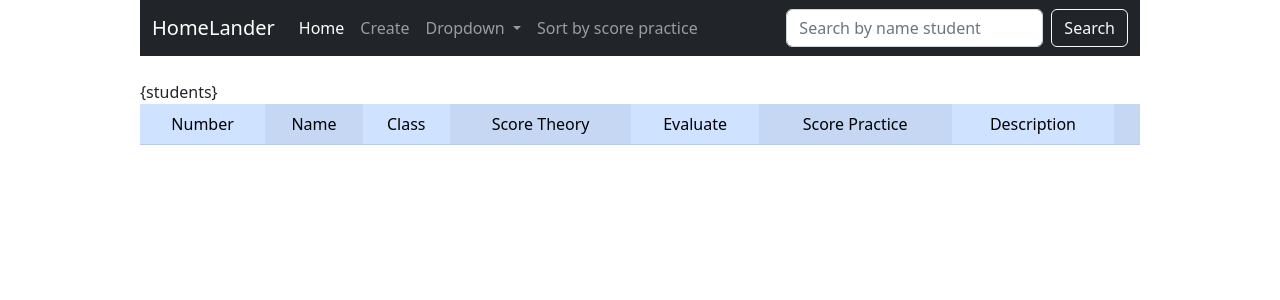
Repository: nguyenhung50497/MD3_thiThucHanh
Page: src/views/home.html
The author's editor kept a copy of each file at every save. The page is drawn from the files as they stood at one save, then again after the next save.
The browser window is 1280 px wide. The pictures show the whole page.

Above is the page before, as saved 2023-01-05 09:46:49.

### src/views/home.html
<!doctype html>
<html lang="en">
  <head>
    <meta charset="utf-8">
    <meta name="viewport" content="width=device-width, initial-scale=1">
    <title>Home</title>
    <link href="https://cdn.jsdelivr.net/npm/bootstrap@5.2.3/dist/css/bootstrap.min.css" rel="stylesheet" integrity="sha384-rbsA2VBKQhggwzxH7pPCaAqO46MgnOM80zW1RWuH61DGLwZJEdK2Kadq2F9CUG65" crossorigin="anonymous">
  </head>
  <body>
    <div class="container" style="width: 80%;">
      <nav class="navbar navbar-dark bg-dark navbar-expand-lg">
        <div class="container-fluid">
          <a class="navbar-brand" href="/home">HomeLander</a>
          <button class="navbar-toggler" type="button" data-bs-toggle="collapse" data-bs-target="#navbarSupportedContent" aria-controls="navbarSupportedContent" aria-expanded="false" aria-label="Toggle navigation">
            <span class="navbar-toggler-icon"></span>
          </button>
          <div class="collapse navbar-collapse" id="navbarSupportedContent">
            <ul class="navbar-nav me-auto mb-2 mb-lg-0">
              <li class="nav-item">
                <a class="nav-link active" aria-current="page" href="/home">Home</a>
              </li>
              <li class="nav-item">
                <a class="nav-link" href="/student/create">Create</a>
              </li>
              <li class="nav-item dropdown">
                <a class="nav-link dropdown-toggle" href="#" role="button" data-bs-toggle="dropdown" aria-expanded="false">
                  Dropdown
                </a>
                <ul class="dropdown-menu">
                  <li><a class="dropdown-item" href="#">Action</a></li>
                  <li><a class="dropdown-item" href="#">Another action</a></li>
                  <li><hr class="dropdown-divider"></li>
                  <li><a class="dropdown-item" href="#">Something else here</a></li>
                </ul>
              </li>
              <li class="nav-item">
                <a class="nav-link" href="/student/sortScoreByPractice">Sort by score practice</a>
              </li>
            </ul>
            <form class="d-flex" role="search" method="post">
              <input class="form-control me-2" name="search" type="search" placeholder="Search by name student" aria-label="Search">
              <button class="btn btn-outline-light" type="submit">Search</button>
            </form>
          </div>
        </div>
      </nav>
      <br>
      <table class="table table-primary table-striped-columns" style="text-align: center;">
        <tr>
            <td>Number</td>
            <td>Name</td>
            <td>Class</td>
            <td>Score Theory</td>
            <td>Evaluate</td>
            <td>Score Practice</td>
            <td>Description</td>
            <td colspan="2"></td>
        </tr>
        <tbody>
        {students}
        </tbody>
      </table>
    </div>
    <script src="https://cdn.jsdelivr.net/npm/bootstrap@5.2.3/dist/js/bootstrap.bundle.min.js" integrity="sha384-kenU1KFdBIe4zVF0s0G1M5b4hcpxyD9F7jL+jjXkk+Q2h455rYXK/7HAuoJl+0I4" crossorigin="anonymous"></script>
  </body>
</html>

After the next save:
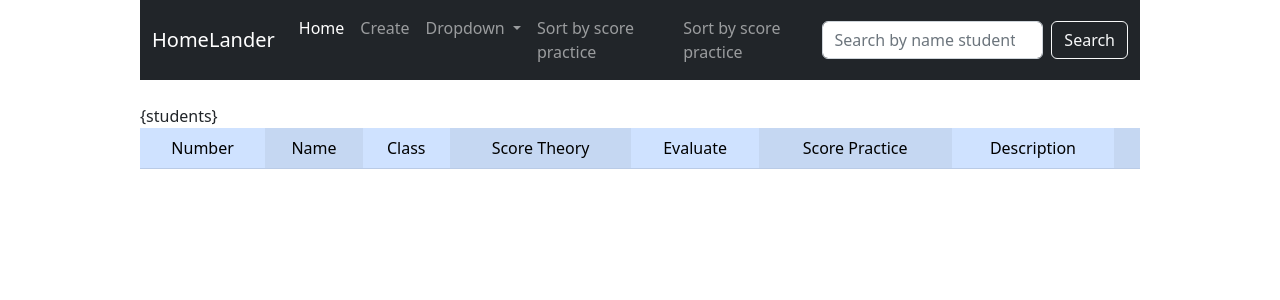
Saved 10 s later.
--- a/src/views/home.html
+++ b/src/views/home.html
@@ -34,7 +34,10 @@
                 </ul>
               </li>
               <li class="nav-item">
-                <a class="nav-link" href="/student/sortScoreByPractice">Sort by score practice</a>
+                <a class="nav-link" href="/student/sortScoreByPracticeUP">Sort by score practice</a>
+              </li>
+              <li class="nav-item">
+                <a class="nav-link" href="/student/sortScoreByPracticeDown">Sort by score practice</a>
               </li>
             </ul>
             <form class="d-flex" role="search" method="post">
